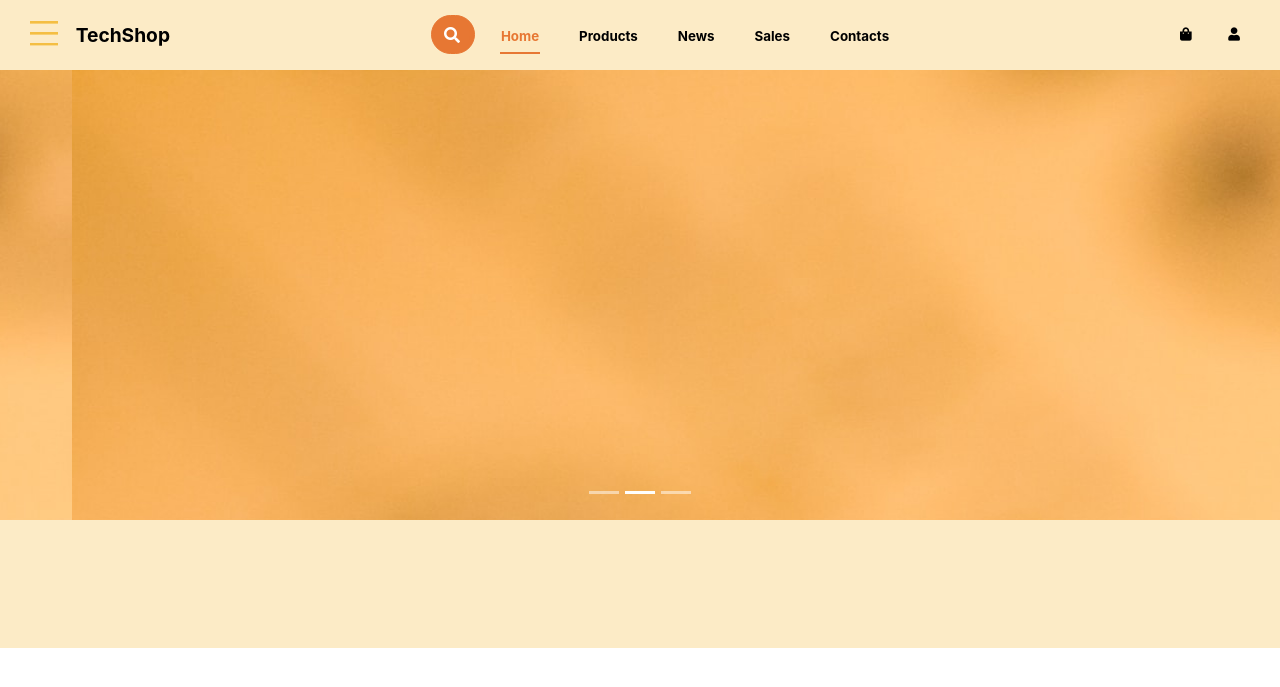
Repository: dinhngocup/TechShop
Page: /home
These files come from the project's save history. The page is drawn as it stood at one moment and after a run of saves; the edit follows.
The browser window is 1280 px wide. The pictures show the whole page.
Some web libraries are served in a nearby version. The project was rebuilt for these pictures with package versions that can differ from the ones it lists, and the page was loaded fresh each time. Also part of the build but not shown: src/App.css, src/components/news.jsx.

Above is the page before, as saved 2021-03-17 22:38:55.

### public/index.html
<!doctype html>
<html lang="en">
  <head>
    <title>Title</title>
    <!-- Required meta tags -->
    <meta charset="utf-8">
    <meta name="viewport" content="width=device-width, initial-scale=1, shrink-to-fit=no">

    <!-- Bootstrap CSS -->
    <link rel="stylesheet" href="https://stackpath.bootstrapcdn.com/bootstrap/4.3.1/css/bootstrap.min.css" integrity="sha384-ggOyR0iXCbMQv3Xipma34MD+dH/1fQ784/j6cY/iJTQUOhcWr7x9JvoRxT2MZw1T" crossorigin="anonymous">

    <!-- Font awesome-->
    <link rel="stylesheet" href="https://maxcdn.bootstrapcdn.com/font-awesome/4.7.0/css/font-awesome.min.css">
    <link rel="stylesheet" href="https://cdnjs.cloudflare.com/ajax/libs/font-awesome/5.13.0/css/all.min.css">
  </head>
  <body>
    <div id="root"></div>
    <!-- Optional JavaScript -->
    <!-- jQuery first, then Popper.js, then Bootstrap JS -->
    <script src="https://code.jquery.com/jquery-3.3.1.slim.min.js" integrity="sha384-q8i/X+965DzO0rT7abK41JStQIAqVgRVzpbzo5smXKp4YfRvH+8abtTE1Pi6jizo" crossorigin="anonymous"></script>
    <script src="https://cdnjs.cloudflare.com/ajax/libs/popper.js/1.14.7/umd/popper.min.js" integrity="sha384-UO2eT0CpHqdSJQ6hJty5KVphtPhzWj9WO1clHTMGa3JDZwrnQq4sF86dIHNDz0W1" crossorigin="anonymous"></script>
    <script src="https://stackpath.bootstrapcdn.com/bootstrap/4.3.1/js/bootstrap.min.js" integrity="sha384-JjSmVgyd0p3pXB1rRibZUAYoIIy6OrQ6VrjIEaFf/nJGzIxFDsf4x0xIM+B07jRM" crossorigin="anonymous"></script>
  </body>
</html>

### src/App.js
import Header from "./components/Header/header";
import "./App.css";
import News from './components/news'
import Home from './components/Home/home'
import {
  BrowserRouter as Router,
  Switch,
  Route,
} from "react-router-dom";
function App() {
  return (
    <Router>
      <Header />
      <Switch>
        <Route path="/home" component={Home}/>
        <Route path="/shopping-cart" />
        <Route path="/user-info" />
        <Route path="/products" />
        <Route path="/news" component={News}/>
        <Route path="/sales" />
        <Route path="/contacts" />
      </Switch>
    </Router>
  );
}

export default App;

### src/components/Header/header.jsx
import React from 'react';
import './_header.scss'
import Menu from './Menu/menu'
import Nav from './Nav/nav'
import Info from './Info/info'

function Header() {
    return (
        <div className='header d-flex'>
            <Menu />
            <Nav />
            <Info />
        </div>
    );
}

export default Header;

### src/components/Home/home.jsx
import React from 'react'
import Banner from './Banner/banner'
import './_home.scss'
function Home() {
    return (
        <div className="body-content">
            <Banner />

        </div>
    )
}



export default Home

### src/components/Header/_header.scss
.header {
   height: 70px;
   background-color: rgb(252,235,198);
   flex-direction: row;
   align-items: center;
   justify-content: space-between;
   padding: 0px 30px;
   width: 100%;
   position: fixed;
}

### src/components/Header/Menu/menu.jsx
import React, { useState, useEffect } from "react";
import "./_menu.scss";
import { Link } from "react-router-dom";
import MenuItem from "./menu-item";

function Menu() {
  const [isHiddingMenu, setIsHiddingMenu] = useState(false);
  const [nav, setNav] = useState("");
  const [li, setLi] = useState("");

  //const [menuItems, setMenuItems] = useState("");

  const placeLiElement = (li, nav) => {
    let boundary_y = li[0].getBoundingClientRect().top;
    li.forEach((el, i) => {
      let top =
        el.getBoundingClientRect().top +
        el.getAttribute("data-group") * -11 -
        boundary_y;
      el.style.setProperty("--top", top);
      el.style.setProperty("--delay-close", `${i * 0.1}s`);
      el.style.setProperty("--delay-open", `${(li.length - i) * 0.1}s`);
    });
    nav.classList.toggle("nav-closed");

  }


  //get nav & li position
  useEffect(() => {
    let navElement = document.getElementById("hidden-menu");
    let liElement = navElement.querySelectorAll("li");
    let group_size = Math.ceil(liElement.length / 3);
    let group_index = 0;
    setNav(navElement);
    setLi(liElement);
    liElement.forEach((e, i) => {
      e.setAttribute("data-group", group_index);
      group_index =
        i % group_size === group_size - 1 ? group_index + 1 : group_index;
    });

    setIsHiddingMenu(true);
    placeLiElement(liElement, navElement);
    //console.log('1', isHiddingMenu);

  }, []);

  const showMenu = (isHiddingMenu) => {
    const menuItemsFromDB = [
      {
        label: "Home",
        to: "/home",
        activeOnlyWhenExact: false,
      },
      {
        label: "Contacts",
        to: "/contacts",
        activeOnlyWhenExact: false,
      },
      {
        label: "News",
        to: "/news",
        activeOnlyWhenExact: false,
      },
      {
        label: "Products",
        to: "/products",
        activeOnlyWhenExact: false,
      },
      {
        label: "Sales",
        to: "/sales",
        activeOnlyWhenExact: false,
      },
    ];

    let res = null;
    if (menuItemsFromDB.length > 0)
      res = menuItemsFromDB.map((item, index) => {
        let data = {
          label: item.label,
          to: item.to,
          activeOnlyWhenExact: item.activeOnlyWhenExact,
        };

        return (
          <li key={index}>
            <MenuItem data={data}
            isHiddingMenu={isHiddingMenu}
            handleHideMenu={HandleHiddenMenu}/>
          </li>
        );
      });
    return res;
  };

  const HandleHiddenMenu = (e) => {
    setIsHiddingMenu(!isHiddingMenu);
    //console.log('2', isHiddingMenu);



    // if declare e.preventDef and e.stopPropa, direct to new page is prevented
    //e.preventDefault();

    placeLiElement(li, nav);

    //e.stopPropagation();
  };
  return (

    <div className="fluid-container menu">
      <div className="row">
        <div className="col hidden-menu-container">
          <ul className="hidden-menu" id="hidden-menu">
            {showMenu(isHiddingMenu)}

            <button className="nav-toggle" onClick={HandleHiddenMenu}>
              X
            </button>
          </ul>
        </div>
        <div className="col">
          <Link className="shop-name" to="/home">
            TechShop
          </Link>
        </div>
      </div>
    </div>
  );
}

export default Menu;

### src/components/Header/Nav/nav.jsx
import React from "react";
import './_nav.scss'
import {
  NavLink,
} from "react-router-dom";
import Search from './search'
function Nav(props) {
    return (

        <div className='nav-bar d-flex'>
            <Search />
            <nav className='nav'>
                <ul>
                    <li>
                        <NavLink
                            activeClassName='active'
                            to="/home"
                            exact>
                            Home
                        </NavLink>
                    </li>
                    <li>
                        <NavLink
                            activeClassName='active'
                            to="/products">
                            Products
                        </NavLink>
                    </li>
                    <li>
                        <NavLink
                            activeClassName='active'
                            to="/news">
                            News
                        </NavLink>
                    </li>
                    <li>
                        <NavLink
                            activeClassName='active'
                            to="/sales">
                            Sales
                        </NavLink>
                    </li>
                    <li>
                        <NavLink
                            activeClassName='active'
                            to="/contacts">
                            Contacts
                        </NavLink>
                    </li>
                </ul>
            </nav>


        </div>
    );
}

export default Nav;

### src/components/Header/Info/info.jsx
import React from "react";
import "./_info.scss";
import {
  NavLink,
} from "react-router-dom";

function Info() {
    return (
        <div className="info-group d-flex">
            <NavLink
                activeClassName='active'
                to="/shopping-cart">
                <i className="fa fa-shopping-bag"></i>
            </NavLink>
            <NavLink
                activeClassName='active'
                to="/user-info">
                <i className="fa fa-user"></i>
            </NavLink>
        </div>
    );
}

export default Info;

### src/components/Home/Banner/banner.jsx
import React, { useState, useEffect } from "react";
import "./_banner.scss";
import image from '../../../assets/images/pic1.jpg'

function Banner() {
  const [bannerImages, setBannerImages] = useState("");

  //get banner images from DB
  useEffect(() => {
    // call api

    // temp data
    let images = [
      {
        src: "../../../assets/images/pic1.jpg",
        alt: "Apple Watch",
        status: "active",
      },
      {
        src: "../../../assets/images/pic2.jpg",
        alt: "Apple Watch",
        status: "inactive",
      },
      {
        src: "../../../assets/images/pic3.jpg",
        alt: "Apple Watch",
        status: "inactive",
      },
    ];
  }, []);

  return (
    <div id="demo" className="banner carousel slide" data-ride="carousel">
      <ul className="carousel-indicators">
        <li data-target="#demo" data-slide-to="0" className="active"></li>
        <li data-target="#demo" data-slide-to="1"></li>
        <li data-target="#demo" data-slide-to="2"></li>
      </ul>
      <div className="carousel-inner">
        <div className="carousel-item active">
          <img src={image} alt="Los Angeles" />
        </div>
        <div className="carousel-item">
          <img src={image} alt="Los Angeles" />
        </div>
        <div className="carousel-item">
          <img src={image} alt="Los Angeles" />
        </div>

      </div>
    </div>
  );
}

export default Banner;

### src/components/Home/_home.scss
.body-content {
    //overflow: hidden;
    padding-top: 70px;
    width: 100%;
    background-color: rgb(252,235,198);
    height: 90vh;
}

### src/components/Header/Menu/_menu.scss
@import '../Shared.scss';
.menu {
    width: 140px;
    .shop-name {
        font-weight: bold;
        font-size: larger;
        color: black;
        text-decoration: none;
    }

    .hidden-menu-container {
        display: relative;
        z-index: 999;
        .hidden-menu {
            display: inline-block;
            list-style-type: none;

            position: absolute;
            top:0;
            list-style-type: none;
            padding: 0;
            margin: 0;
            width: 200px;
            li {
                overflow: visible;
                height: 60px;
                width: 100%;
                background-color: rgb(244, 190, 67);

                transform-origin: 0 0;
                transition: transform 0.6s ease;
                transition-delay: var(--delay-open);
                padding: 20px 40px;
                align-items: center;
                a {
                    text-align: center;
                    color: rgba(255, 255, 255, 0.6);
                    font-size: 16px;
                    &:hover {
                        text-decoration: none;
                        color: white !important;
                        box-shadow: 10px 0px 40px -5px #fff;
                    }
                    &.active {
                        color: white;
                        font-weight: 700;
                    }

                }
            }
            .nav-toggle {
                position: absolute;
                top: 0;
                width: 50px;
                height: 50px;
                /* opacity: 0; */
                cursor: pointer;
                transform-origin: 0 0;
                outline: none;
                margin-left: 10px;
                right: 0;
                transition: right 1s ease, opacity 1s ease;
                opacity: 1;
                background-color: rgb(244, 190, 67);
                border: none;
                color:rgba(255, 255, 255, 0.6);
            }

            .nav-toggle:hover {
                border-radius: 50%;
                background-color: rgba(244, 190, 67, 0.1);
                color: white

            }
        }

        .nav-closed a {
            color: rgb(244, 190, 67);
        }

        .nav-closed li {
            transform: translateY(calc(var(--top) * -1px)) scaleY(0.04) scaleX(0.14);
            transition-delay: var(--delay-close);
            color: rgb(244, 190, 67);
        }

        .nav-closed .nav-toggle {
            right: calc(100% - 50px);
            opacity: 0;
        }
    }
}

### src/components/Header/Menu/menu-item.jsx
import React from 'react'
import PropTypes from 'prop-types'
import { Route, NavLink } from "react-router-dom";

MenuItem.propTypes = {
    data: PropTypes.object.isRequired,
    isHiddingMenu: PropTypes.bool.isRequired,
    handleHideMenu: PropTypes.func,
}

function MenuItem(props) {
    const {data, isHiddingMenu, handleHideMenu} = props;
    //console.log('3',isHiddingMenu)


    return (
        <Route
          path={data.to}
          exact={data.activeOnlyWhenExact}
          children={() => {
            if (isHiddingMenu) return <span>{data.label}</span>;
            return (
              <NavLink
                activeClassName="active"
                to={data.to}
                exact={data.activeOnlyWhenExact}
                onClick={handleHideMenu}
              >
                {data.label}
              </NavLink>
            );
          }}
        />
      );
}


export default MenuItem

### src/components/Header/Nav/_nav.scss
.nav-bar {
    align-items: center;
    .nav {
        ul {
            padding: 0;
            margin: 0;
            li {
                display: inline;
                padding: 20px;
                font-size: smaller;
                font-weight: bold;
                position: relative;
                a {
                    color: black;
                    transition: 0.8s;
                    &:after {
                        transition: 0.8s;
                        position: absolute;
                        content: "";
                        background-color: #E77733;

                        height: 2px;
                        width: 0%;

                        bottom: 10px;
                        left:0;
                        right: 0;

                        margin: 0 auto;
                    }
                    &:hover {
                        text-decoration: none;
                        color: #E77733;
                        &:after {
                            width: 50%;
                        }
                    }
                }
                .active {
                    color: #E77733;
                    &:after {
                        position: absolute;
                        content: "";
                        background-color: #E77733;

                        height: 2px;
                        width: 50%;

                        bottom: 10px;
                        left:0;
                        right: 0;

                        margin: 0 auto;
                    }
                }


            }
        }

    }
}

### src/components/Header/Nav/search.jsx
import React from 'react'
import './_search.scss'


function Search(props) {
    return (
        <form  className='search-form'>
            <input type="search" />
            <i className="fa fa-search"></i>
        </form>
    )
}



export default Search

### src/components/Header/Info/_info.scss

@import '../Shared.scss';

.info-group {
    font-size: smaller;
    justify-content: space-between;
    align-items: center;
    width: 80px;
    a {
        color: black;
        i {
            padding: 10px;
            border-radius: 50%;
            &:hover {
                box-shadow: 10px 0px 40px -5px #E77733, inset 0px 0px 40px 0px white;
            }
        }
        &.active {
            i {
                @include inset-shadow-active;
            }
        }

    }
}

### src/components/Home/Banner/_banner.scss
.banner {
    width: 100%;
    height: 450px;
    background-color: deeppink;
    border-radius: 0 0 10px 10px;
    display: flex;
    img {
        height: auto;
    }
}

### src/components/Header/Shared.scss
@mixin inset-shadow {
    padding: 10px;
    border-radius: 50%;
    box-shadow: inset 0px 0px 10px 0px white;
    &:hover {
        box-shadow: 10px 0px 40px -5px #E77733, inset 0px 0px 40px 0px white;
    }

}

@mixin inset-shadow-active {
    transition: 0.8s;
    box-shadow: 0 0 0px 2px #E77733, inset 0px 0px 40px 0px white;


}

### src/components/Header/Nav/_search.scss
.search-form {
    z-index: 999;
    display: inline;
    position: relative;

    width: 50px;
    height: 40px;

    input {
        padding-left: 40px;
        position: absolute;
        top: 0;
        left: 0;
        width: 40px;

        line-height: 35px;

        //     font-size: 1em;
        border-radius: 25px;
        border: solid 1px #E77733;
        transition: 0.8s;
        background-color: #E77733;
        pointer-events: none;
        &:focus {
            outline: none;
        }
    }
    &:hover {
        i {
            color: #E77733;
            background-color: white;
        }
        input {
            pointer-events: visible;
            width: 470px;
            background-color: white;
        }
    }
    i {
        box-sizing: border-box;

        position: absolute;
        top: 2px;
        left: 3px;
        border-radius: 50%;
        padding: 10px;
        background-color: #E77733;
        color: white
    }
}

// form:hover{
//     width: 200px;
//     cursor: pointer;
// }

// form:hover input{
//     display: block;
// }

// form:hover .fa{
//     background: #07051a;
//     color: white;
// }

Loaded but not shown: src/index.js (common file); src/index.css (common file); src/reportWebVitals.js (common file)

After the next 3 saves:
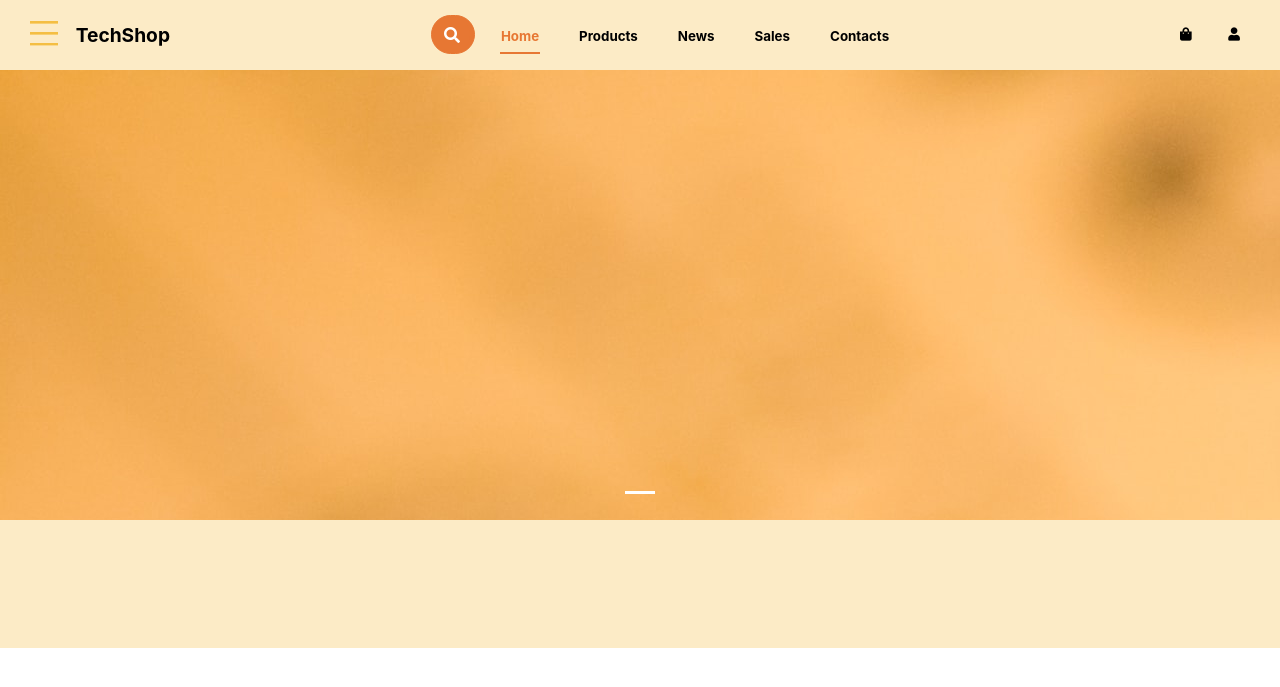
The 3 saves are shown as one change because 1 did not build or start and some came seconds apart.
The last was saved 2 min 47 s later.
--- a/src/components/Home/Banner/banner.jsx
+++ b/src/components/Home/Banner/banner.jsx
@@ -33,17 +33,9 @@
     <div id="demo" className="banner carousel slide" data-ride="carousel">
       <ul className="carousel-indicators">
         <li data-target="#demo" data-slide-to="0" className="active"></li>
-        <li data-target="#demo" data-slide-to="1"></li>
-        <li data-target="#demo" data-slide-to="2"></li>
       </ul>
       <div className="carousel-inner">
         <div className="carousel-item active">
-          <img src={image} alt="Los Angeles" />
-        </div>
-        <div className="carousel-item">
-          <img src={image} alt="Los Angeles" />
-        </div>
-        <div className="carousel-item">
           <img src={image} alt="Los Angeles" />
         </div>
 
